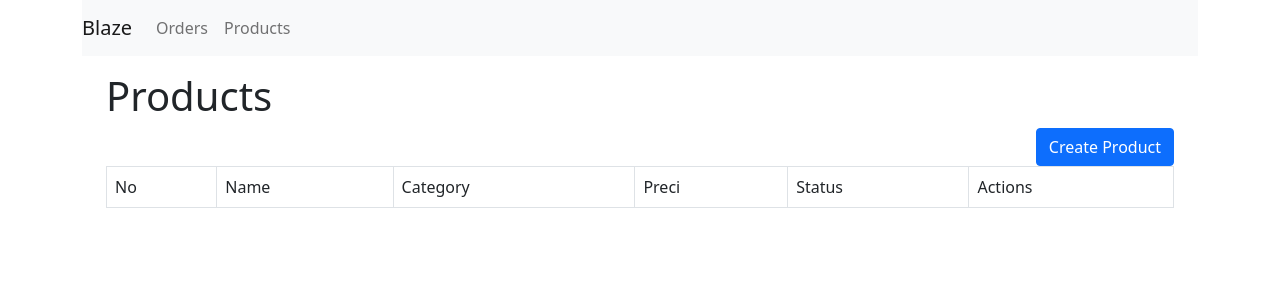
Repository: Isamae/Fractal
Page: /products (app in frond/)
The author's editor kept a copy of each file at every save. The page is drawn from the files as they stood at one save, then again after the next save.
The browser window is 1280 px wide. The pictures show the whole page.
The page's requests for data from a server got no answer. The project was rebuilt for these pictures with package versions that can differ from the ones it lists, and the page was loaded fresh each time. No one was signed in, and anything a server would have sent is missing. Also part of the build but not shown: frond/src/App.css, frond/src/components/OrderComponent.js, frond/src/components/AddProductComponent.js.

Above is the page before, as saved 2021-09-16 20:38:26.

### frond/src/index.js
import React from 'react';
import ReactDOM from 'react-dom';
import { BrowserRouter } from "react-router-dom";

import App from './App';
import * as serviceWorker from "./serviceWorker";


ReactDOM.render(
  <BrowserRouter>
    <App />
  </BrowserRouter>,
  document.getElementById('root')
);

serviceWorker.unregister();

### frond/src/App.js
import React, { Component } from "react";
import { Switch, Route, Link } from "react-router-dom";

import 'bootstrap/dist/css/bootstrap.min.css'
import './App.css';

import ProductComponent from "./components/ProductComponent";
import OrderComponent from "./components/OrderComponent";
import AddProductComponent from "./components/AddProductComponent";

class App extends Component {
  render() {
    return (
      <div class="container">
          <nav class="navbar navbar-expand-lg navbar-light bg-light">
              <Link to={"/orders"} className="navbar-brand">
                Blaze
              </Link>
              <div className="navbar-nav mr-auto">
                  <li className="nav-item">
                      <Link to={"/orders"} className="nav-link">
                          Orders
                      </Link>
                  </li>
                  <li className="nav-item">
                      <Link to={"/products"} className="nav-link">
                        Products
                      </Link>
                  </li>
              </div>
          </nav>

          <div className="container mt-3">
              <Switch>
                  <Route exact path="/products" component={ProductComponent} />
                  <Route exact path="/orders" component={OrderComponent} />
                  <Route exact path="/products/product" component={AddProductComponent} />
              </Switch>
          </div>
      </div>
    );
  }
}

export default App;

### frond/src/serviceWorker.js
const isLocalhost = Boolean(
  window.location.hostname === 'localhost' ||
    // [::1] is the IPv6 localhost address.
    window.location.hostname === '[::1]' ||
    // 127.0.0.0/8 are considered localhost for IPv4.
    window.location.hostname.match(
      /^127(?:\.(?:25[0-5]|2[0-4][0-9]|[01]?[0-9][0-9]?)){3}$/
    )
);

export function register(config) {
  if (process.env.NODE_ENV === 'production' && 'serviceWorker' in navigator) {
    // The URL constructor is available in all browsers that support SW.
    const publicUrl = new URL(process.env.PUBLIC_URL, window.location.href);
    if (publicUrl.origin !== window.location.origin) {
      // Our service worker won't work if PUBLIC_URL is on a different origin
      // from what our page is served on. This might happen if a CDN is used to
      return;
    }

    window.addEventListener('load', () => {
      const swUrl = `${process.env.PUBLIC_URL}/service-worker.js`;

      if (isLocalhost) {
        // This is running on localhost. Let's check if a service worker still exists or not.
        checkValidServiceWorker(swUrl, config);

        // Add some additional logging to localhost, pointing developers to the
        // service worker/PWA documentation.
        navigator.serviceWorker.ready.then(() => {
          console.log(
            'This web app is being served cache-first by a service ' +
              'worker. To learn more, visit https://bit.ly/CRA-PWA'
          );
        });
      } else {
        // Is not localhost. Just register service worker
        registerValidSW(swUrl, config);
      }
    });
  }
}

function registerValidSW(swUrl, config) {
  navigator.serviceWorker
    .register(swUrl)
    .then(registration => {
      registration.onupdatefound = () => {
        const installingWorker = registration.installing;
        if (installingWorker == null) {
          return;
        }
        installingWorker.onstatechange = () => {
          if (installingWorker.state === 'installed') {
            if (navigator.serviceWorker.controller) {
              // At this point, the updated precached content has been fetched,
              // but the previous service worker will still serve the older
              // content until all client tabs are closed.
              console.log(
                'New content is available and will be used when all ' +
                  'tabs for this page are closed. See https://bit.ly/CRA-PWA.'
              );

              // Execute callback
              if (config && config.onUpdate) {
                config.onUpdate(registration);
              }
            } else {
              // At this point, everything has been precached.
              // It's the perfect time to display a
              // "Content is cached for offline use." message.
              console.log('Content is cached for offline use.');

              // Execute callback
              if (config && config.onSuccess) {
                config.onSuccess(registration);
              }
            }
          }
        };
      };
    })
    .catch(error => {
      console.error('Error during service worker registration:', error);
    });
}

function checkValidServiceWorker(swUrl, config) {
  // Check if the service worker can be found. If it can't reload the page.
  fetch(swUrl, {
    headers: { 'Service-Worker': 'script' }
  })
    .then(response => {
      // Ensure service worker exists, and that we really are getting a JS file.
      const contentType = response.headers.get('content-type');
      if (
        response.status === 404 ||
        (contentType != null && contentType.indexOf('javascript') === -1)
      ) {
        // No service worker found. Probably a different app. Reload the page.
        navigator.serviceWorker.ready.then(registration => {
          registration.unregister().then(() => {
            window.location.reload();
          });
        });
      } else {
        // Service worker found. Proceed as normal.
        registerValidSW(swUrl, config);
      }
    })
    .catch(() => {
      console.log(
        'No internet connection found. App is running in offline mode.'
      );
    });
}

export function unregister() {
  if ('serviceWorker' in navigator) {
    navigator.serviceWorker.ready
      .then(registration => {
        registration.unregister();
      })
      .catch(error => {
        console.error(error.message);
      });
  }
}

### frond/src/components/ProductComponent.js
import React from "react";
import { Route, Switch } from "react-router";
import { Link } from "react-router-dom";
import Routes from "../services/routes.service";

class ProductComponent extends React.Component{
    constructor(props){
        super(props)
        this.state ={
            products:[]
        }
    }

    componentDidMount(){
        this.getProducts();
    }

    getProducts(){
        Routes.getAllProducts().then(
            response => {
                this.setState({products: response.data})
            }
        ).catch(e => {
            console.log(e);
        });
    }

    render(){
        return (
            <div  class="container ">
                <div class="d-flex flex-row"><h1> Products</h1></div>
                <div class="d-flex flex-row-reverse ">
                <Link
                    to={"/products/product"}
                >
                    <button type="button" class="btn btn-primary">Create Product</button>
                </Link>

                </div>
                <div class="row">
                    <div class="table-responsive ">
                        <table className="table table-striped table-hover table-bordered">
                            <thead>

                                <tr>
                                    <td>No</td>
                                    <td>Name</td>
                                    <td>Category</td>
                                    <td>Preci</td>
                                    <td>Status</td>
                                    <td>Actions</td>
                                </tr>

                            </thead>
                            <tbody>
                                {
                                    this.state.products.map(
                                        (product, index) =>
                                        <tr key = {product._id}>
                                            <td>{index+1}</td>
                                            <td>{product.name}</td>
                                            <td>{product.product_category}</td>
                                            <td>{product.unit_price}</td>
                                            <td>{product.active}</td>
                                            <td>
                                                <a href="#" class="edit" title="Edit">Edit</a>
                                            </td>
                                        </tr>
                                    )
                                }
                            </tbody>
                        </table>
                    </div>
                </div>
            </div>
        )
    }
}

export default ProductComponent

### frond/src/services/routes.service.js
import http from '../http';

class Routes{
    /*Product*/
    getAllProducts(){
        return http.get("/products/");
    }

    createProduct(data) {
        return http.post("/products/product", data);
    }

    /*Orders*/
    getAllOrders(){
        return http.get("/orders");
    }
}

export default new Routes;

Loaded but not shown: frond/public/index.html (common file); frond/src/http.js (common file)

After the next save:
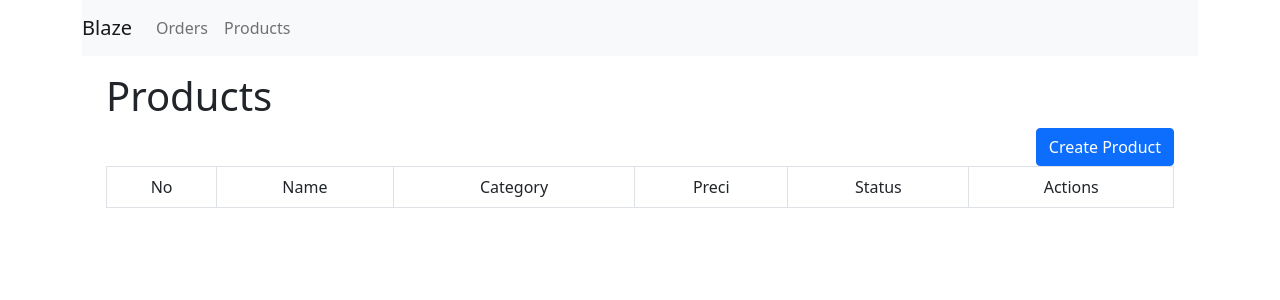
Saved 16 s later.
--- a/frond/src/components/ProductComponent.js
+++ b/frond/src/components/ProductComponent.js
@@ -39,7 +39,7 @@ class ProductComponent extends React.Component{
                 </div>
                 <div class="row">
                     <div class="table-responsive ">
-                        <table className="table table-striped table-hover table-bordered">
+                        <table className="table table-striped table-hover table-bordered text-center">
                             <thead>
 
                                 <tr>
